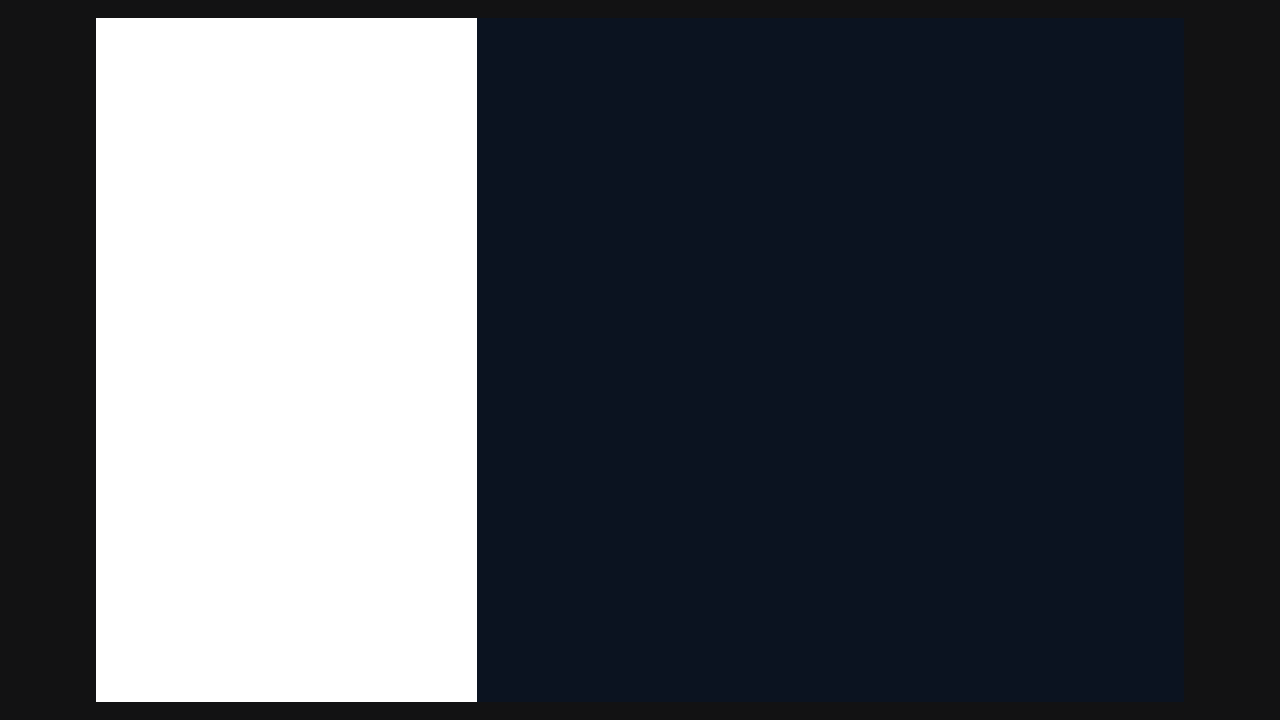
Repository: trang712/zing-mp3
Page: login.html
The author's editor kept a copy of each file at every save. The page is drawn from the files as they stood at one save, then again after a run of saves.
The browser window is 1280 px wide. The pictures show the whole page.

Above is the page before, as saved 2022-11-13 15:11:04.

After the next 3 saves:
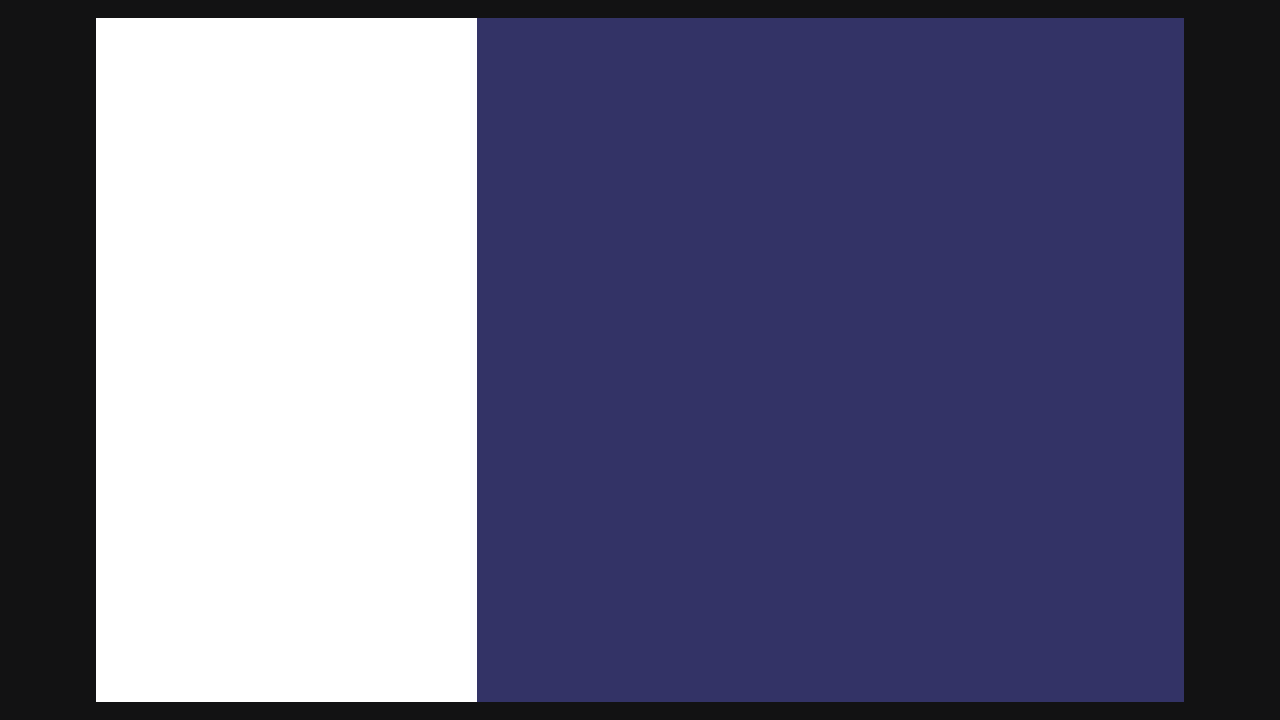
The 3 saves are shown as one change because they came seconds apart.
The last was saved 20 s later.
--- a/style.css
+++ b/style.css
@@ -739,7 +739,7 @@ header .left_bx1 , .right_bx1{
   width: 65%;
   height: 100%;
   /* border: 1px solid var(--hover-color); */
-  background: #0b1320;
+  background: var(--color);
 }
 header .left_bx1{
   width: 35%;
